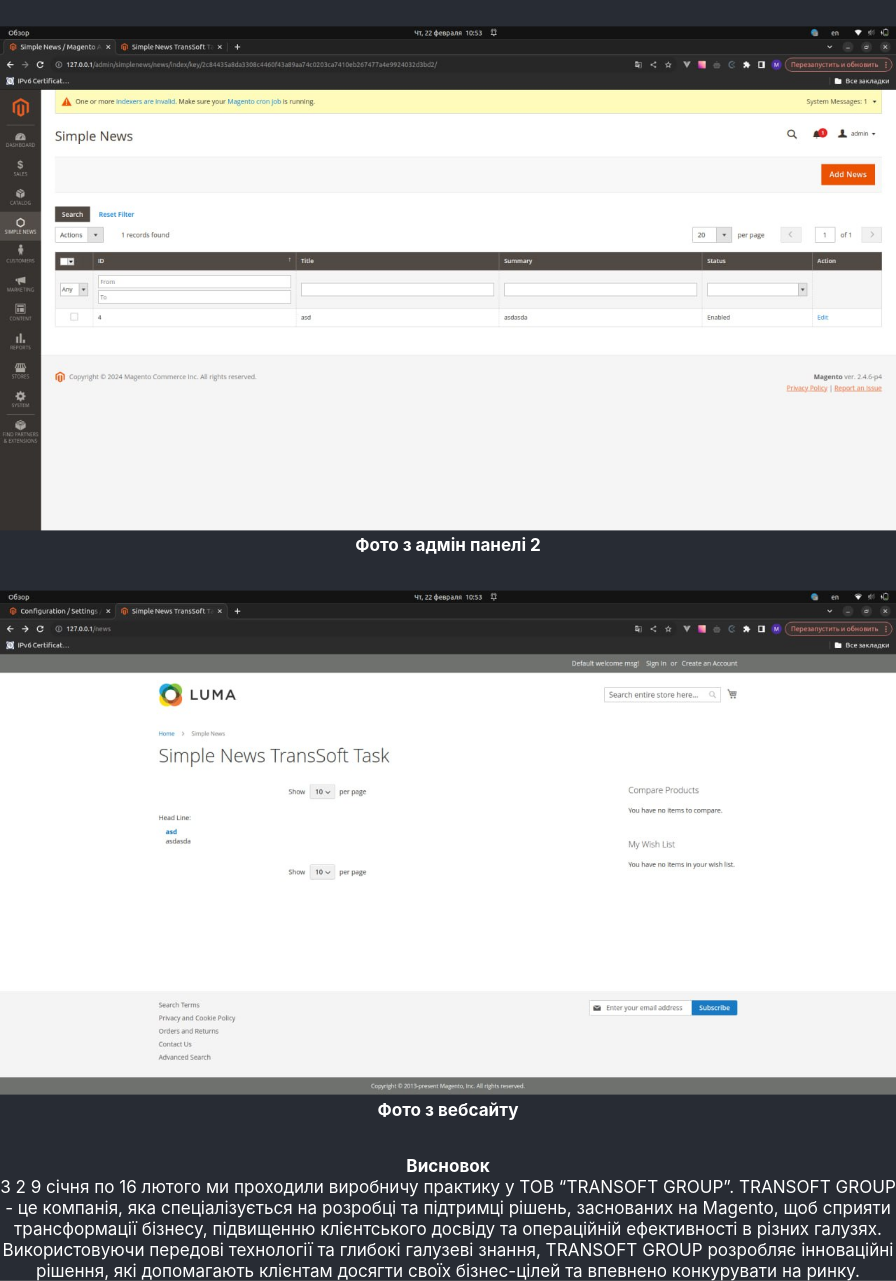
Repository: rutsguifd/prac-report
Page: /
An editor plug-in stored every save of this project. The page is shown before and after the next save, followed by the edit.
The browser window is 1280 px wide. The pictures show the part of the page from y = 2074 to 3994 px (the page is 3904 px tall before and 3994 px after), at 70% of full size.
The project was rebuilt for these pictures with package versions that can differ from the ones it lists, and the page was loaded fresh each time.

Above is the page before, as saved 2024-02-22 13:41:19.

### src/App.js
import "./App.css";
import IM1 from "./assets/im1.jpg";
import IM2 from "./assets/im2.jpg";
import IM3 from "./assets/im3.jpg";
import PR from "./assets/pr.jpg";

function App() {
  return (
    <div className="App">
      <header className="App-header">
        Practice Report
        <div>
          <b>Вступ</b>
          <div>
            З 2 9 січня по 16 лютого ми проходили виробничу практику у ТОВ
            “TRANSOFT GROUP”. TRANSOFT GROUP - це компанія, яка спеціалізується
            на розробці та підтримці рішень, заснованих на Magento, щоб сприяти
            трансформації бізнесу, підвищенню клієнтського досвіду та
            операційній ефективності в різних галузях. Використовуючи передові
            технології та глибокі галузеві знання, TRANSOFT GROUP розробляє
            інноваційні рішення, які допомагають клієнтам досягти своїх
            бізнес-цілей та впевнено конкурувати на ринку.
          </div>
          <div style={{ margin: "50px 0" }}>
            <img src={PR} alt="alt" width="100%" />
            <b>Фото з бази практики</b>
          </div>
          <div style={{ margin: "50px 0" }}>
            <img src={IM1} alt="alt" width="100%" />
            <b>Фото з адмін панелі 1</b>
          </div>
          <div style={{ margin: "50px 0" }}>
            <img src={IM2} alt="alt" width="100%" />
            <b>Фото з адмін панелі 2</b>
          </div>
          <div style={{ margin: "50px 0" }}>
            <img src={IM3} alt="alt" width="100%" />
            <b>Фото з вебсайту</b>
          </div>
          <b>Висновок</b>
          <div>
            З 2 9 січня по 16 лютого ми проходили виробничу практику у ТОВ
            “TRANSOFT GROUP”. TRANSOFT GROUP - це компанія, яка спеціалізується
            на розробці та підтримці рішень, заснованих на Magento, щоб сприяти
            трансформації бізнесу, підвищенню клієнтського досвіду та
            операційній ефективності в різних галузях. Використовуючи передові
            технології та глибокі галузеві знання, TRANSOFT GROUP розробляє
            інноваційні рішення, які допомагають клієнтам досягти своїх
            бізнес-цілей та впевнено конкурувати на ринку.
          </div>
        </div>
      </header>
    </div>
  );
}

export default App;

Loaded but not shown: public/index.html (common file); src/index.js (common file); src/index.css (common file); src/App.css (common file)

After the next save:
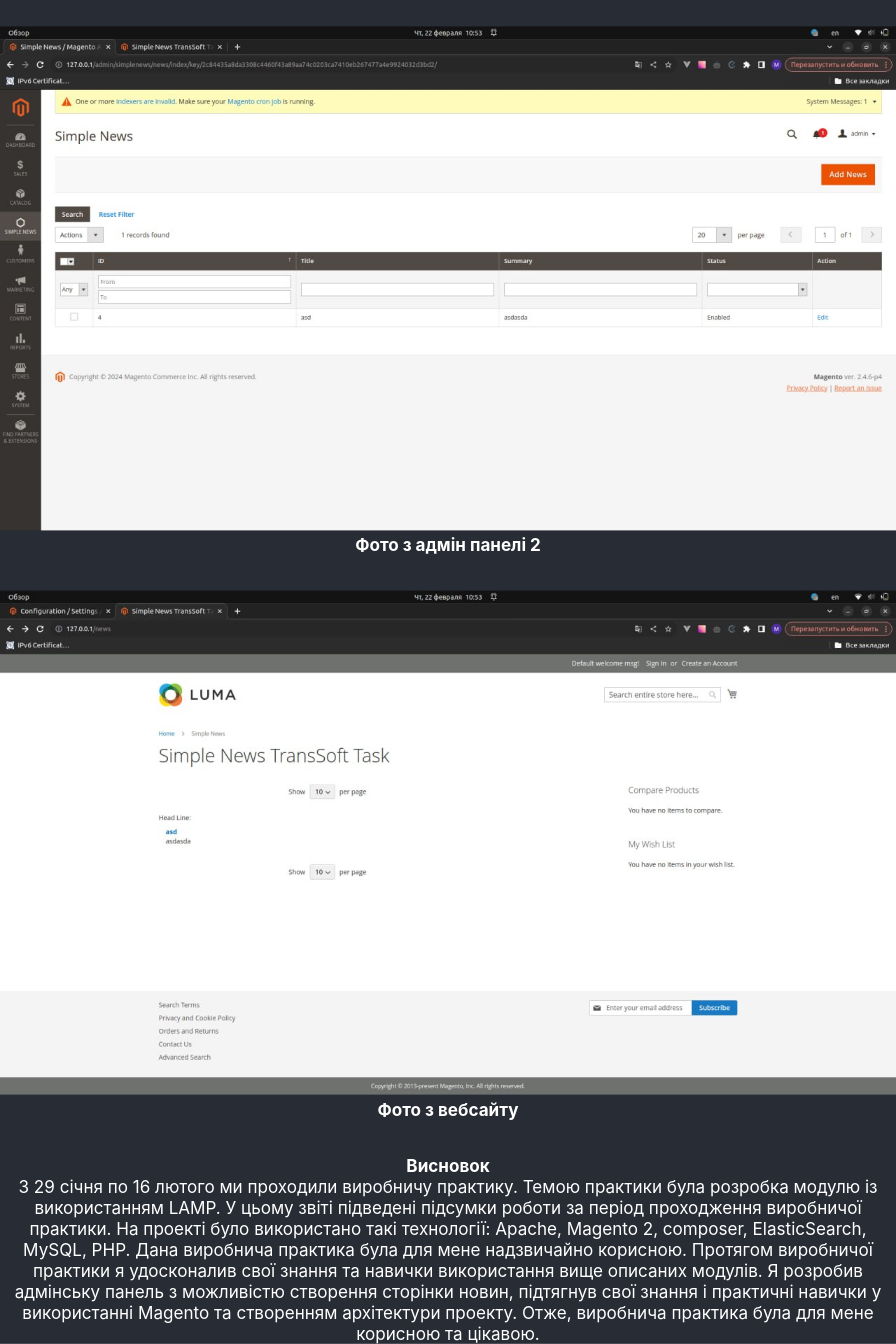
Saved 17 s later.
--- a/src/App.js
+++ b/src/App.js
@@ -39,14 +39,17 @@
           </div>
           <b>Висновок</b>
           <div>
-            З 2 9 січня по 16 лютого ми проходили виробничу практику у ТОВ
-            “TRANSOFT GROUP”. TRANSOFT GROUP - це компанія, яка спеціалізується
-            на розробці та підтримці рішень, заснованих на Magento, щоб сприяти
-            трансформації бізнесу, підвищенню клієнтського досвіду та
-            операційній ефективності в різних галузях. Використовуючи передові
-            технології та глибокі галузеві знання, TRANSOFT GROUP розробляє
-            інноваційні рішення, які допомагають клієнтам досягти своїх
-            бізнес-цілей та впевнено конкурувати на ринку.
+            З 29 січня по 16 лютого ми проходили виробничу практику. Темою
+            практики була розробка модулю із використанням LAMP. У цьому звіті
+            підведені підсумки роботи за період проходження виробничої практики.
+            На проекті було використано такі технології: Apache, Magento 2,
+            composer, ElasticSearch, MySQL, PHP. Дана виробнича практика була
+            для мене надзвичайно корисною. Протягом виробничої практики я
+            удосконалив свої знання та навички використання вище описаних
+            модулів. Я розробив адмінську панель з можливістю створення сторінки
+            новин, підтягнув свої знання і практичні навички у використанні
+            Magento та створенням архітектури проекту. Отже, виробнича практика
+            була для мене корисною та цікавою.
           </div>
         </div>
       </header>
